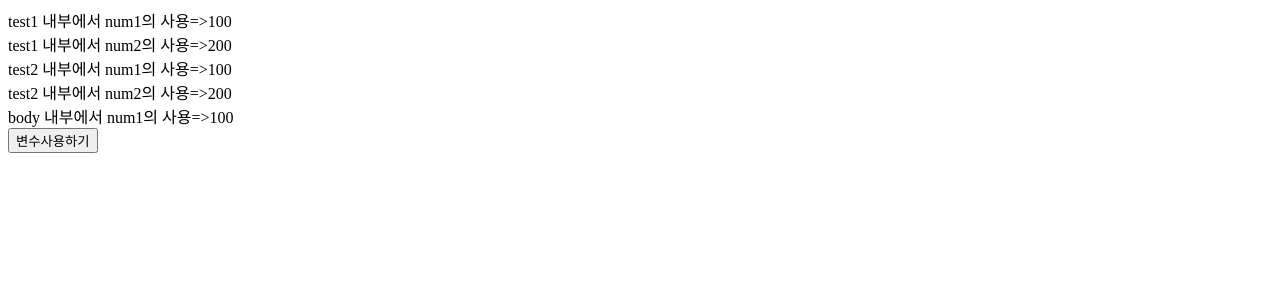
Repository: sonic247897/multicampus-web
Page: clientweb/WebContent/js_basic/js_function_variable_test.html
These files come from the project's save history. The page is drawn as it stood at one moment and after the next save; the edit follows.
The browser window is 1280 px wide. The pictures show the whole page.

Above is the page before, as saved 2020-01-07 06:39:31.

After the next save:
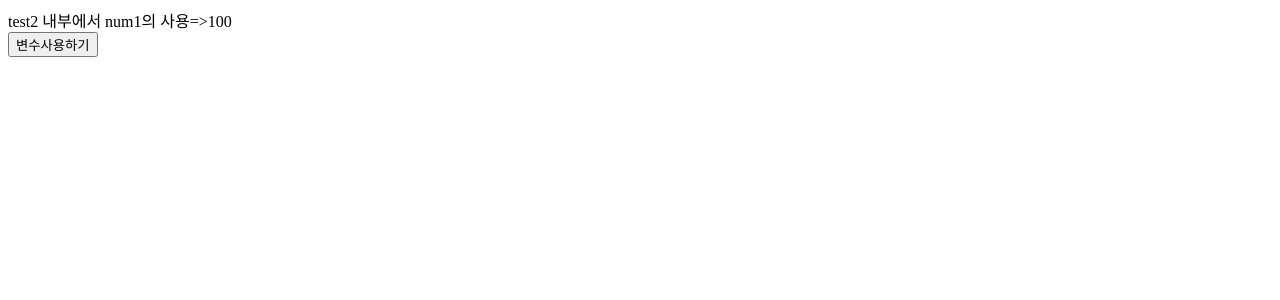
Console error: ReferenceError: num2 is not defined
Saved 92 s later.
--- a/clientweb/WebContent/js_basic/js_function_variable_test.html
+++ b/clientweb/WebContent/js_basic/js_function_variable_test.html
@@ -27,6 +27,7 @@
 </head>
 <body>
 	<script type="text/javascript">
+		test2();
 		test1();
 		test2();
 		document.write("body 내부에서 num1의 사용=>"+num1 +"<br/>");

After the save that followed:
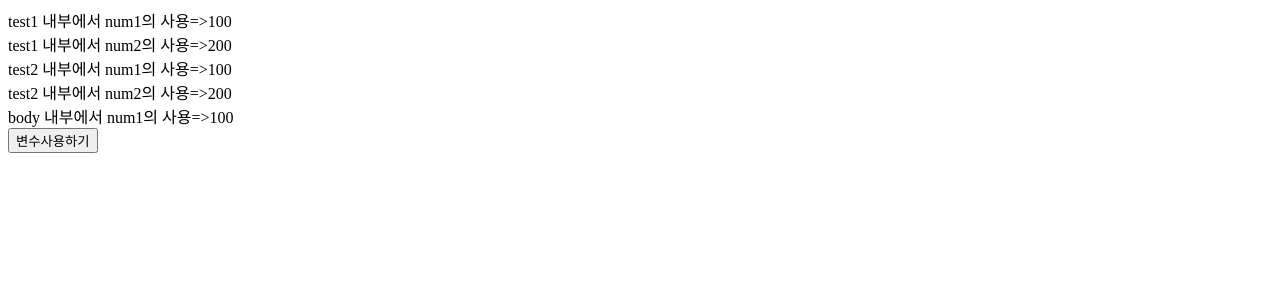
The error is gone.
Saved 91 s later.
--- a/clientweb/WebContent/js_basic/js_function_variable_test.html
+++ b/clientweb/WebContent/js_basic/js_function_variable_test.html
@@ -27,7 +27,8 @@
 </head>
 <body>
 	<script type="text/javascript">
-		test2();
+		//test2(); - 함수 내부에서 변수가 선언되는 경우 변수를 선언한 함수가
+		//			 무조건 먼저 호출되어야 한다.
 		test1();
 		test2();
 		document.write("body 내부에서 num1의 사용=>"+num1 +"<br/>");
